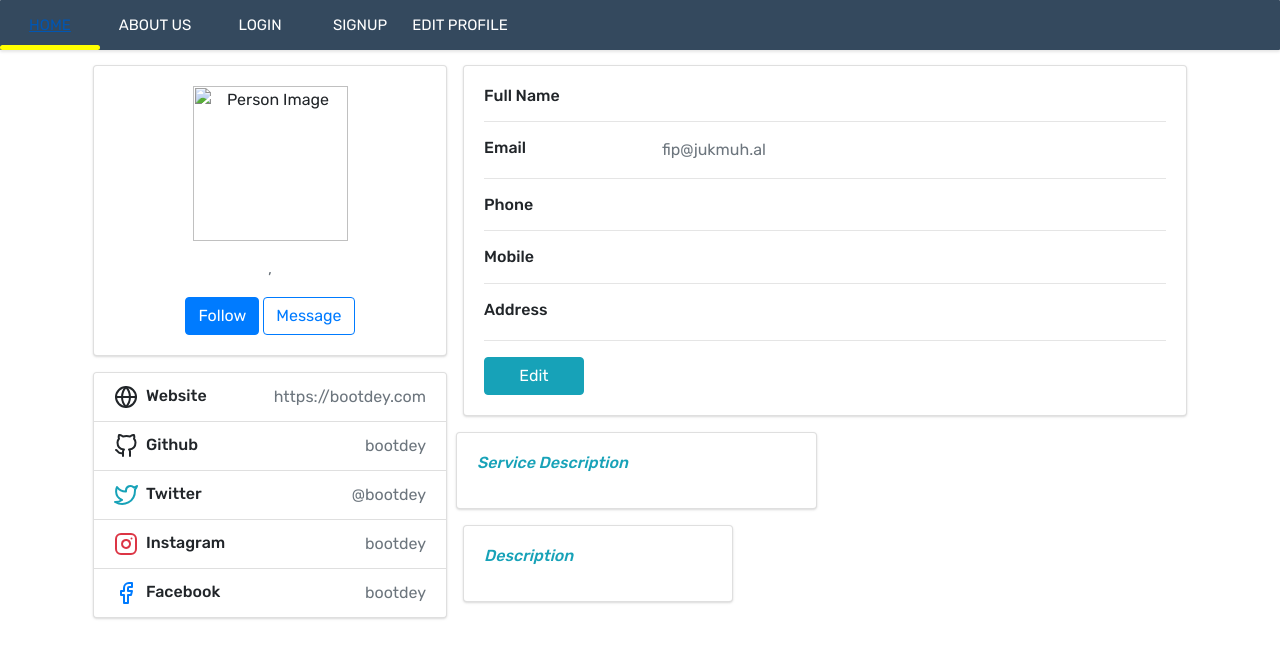
Repository: Chitti-g-k/Paw-Takers
Page: templates/profilepage.html
The author's editor kept a copy of each file at every save. The page is drawn from the files as they stood at one save, then again after the next save.
The browser window is 1280 px wide. The pictures show the whole page.
The template is drawn by Django 4.2. The application's start-up code is not run. Other server files are loaded and not shown. The template is opened directly, without the code that normally fills it, so the values that code supplies are empty.

Above is the page before, as saved 2023-07-16 08:48:53.

### templates/profilepage.html
<html>
    <head>
        <meta name="viewport" content="width=device-width, initial-scale=1.0">
    <title>Profile Page</title>

    <style>
        @import url('https://fonts.googleapis.com/css?family=Rubik:300,400,500&display=swap');
        *{
            margin: 0;
            padding: 0;
            box-sizing: border-box;
            font-family:'Rubik',sans-serif;
        }
        body{
            display: flex;
            justify-content: center;
            align-self:center ;
            min-height: 100vh;
            background:  #808080;
        }

        nav{
        position: fixed; /* Change position to fixed */
        top: 0; /* Position it at the top */
        left: 0; /* Align it to the left */
        width: 100%; /* Make it full width */
        height: 50px;
        background: #34495e;
        border-radius: 1px;
        font-size: 0;
        box-shadow: 0 2px 3px 0 rgba(0,0,0,0.1);
        z-index: 100; /* Add a higher z-index to keep it above other elements */
    }

    /* Rest of the CSS styles remain the same */
    nav a {
        font-size: 15px;
        text-transform: uppercase;
        color: white;
        text-decoration: none;
        line-height: 50px;
        position: relative;
        z-index: 1;
        display: inline-block;
        text-align: center;
    }
    nav .animation {
        position: absolute;
        height: 5px;
        bottom: 0;
        z-index: 0;
        background: yellow;
        transition: all .5s ease 0s;
        border-radius: 8px;
    }
    a:nth-child(1) {
        width: 100px;
    }
    nav .start-home,a:nth-child(1):hover~.animation {
        width: 100px;
        left: 0;
    }
    a:nth-child(2) {
        width: 110px;
    }
    nav .start-about,a:nth-child(2):hover~.animation {
        width: 110px;
        left: 100px;
    }
    a:nth-child(3) {
        width: 100px;
    }
    nav .start-login,a:nth-child(3):hover~.animation {
        width: 100px;
        left: 210px;
    }
    a:nth-child(4) {
        width: 100px;
    }
    nav .start-signup,a:nth-child(4):hover~.animation {
        width: 160px;
        left: 250px;
    }
    a:nth-child(5) {
        width: 100px;
    }
    nav .start-signup,a:nth-child(5):hover~.animation {
        width: 160px;
        left: auto;
        right:0px;
    }

    h3{
        font-weight:300;
    }

    h5{
        font-weight:200;
    }

    </style>
    <link rel="stylesheet" href="https://cdnjs.cloudflare.com/ajax/libs/font-awesome/5.15.3/css/all.min.css" integrity="sha512-VRRNWyOP0SZCGkUFsm9Uf7PvF9ERBzv6JeMQ4oIhl2e9J7e3aOuf7Qf3RQt6AzomTsbqyj0F7I3NzcewDfSaxw==" crossorigin="anonymous" referrerpolicy="no-referrer" />

    </head>


<body>
    <nav>
        <a href="/display">Home</a>
        <a href="/">About Us</a>
        <a href="{% url 'account_login'%}">Login</a>
        <a href="{% url 'account_signup' %}">SignUp</a>
        <a href="{% url 'caretaker:profile-edit' profile.pk %}">Edit Profile</a>


        <div class="animation start-home"></div>

    </nav>
    <br>
    <br>
    <style>
        body{
            margin-top:20px;
            color: #1a202c;
            text-align: left;
            background-color: #e2e8f0;
        }
        .main-body {
            padding: 15px;
        }
        .card {
            box-shadow: 0 1px 3px 0 rgba(0,0,0,.1), 0 1px 2px 0 rgba(0,0,0,.06);
        }

        .card {
            position: relative;
            display: flex;
            flex-direction: column;
            min-width: 0;
            word-wrap: break-word;
            background-color: #fff;
            background-clip: border-box;
            border: 0 solid rgba(0,0,0,.125);
            border-radius: .25rem;
        }
        .container{
            margin-top:50px;
        }
        .card-body {
            flex: 1 1 auto;
            min-height: 1px;
            padding: 1rem;
        }

        .gutters-sm {
            margin-right: -8px;
            margin-left: -8px;
        }

        .gutters-sm>.col, .gutters-sm>[class*=col-] {
            padding-right: 8px;
            padding-left: 8px;
        }
        .mb-3, .my-3 {
            margin-bottom: 1rem!important;
        }

        .bg-gray-300 {
            background-color: #e2e8f0;
        }
        .h-100 {
            height: 100%!important;
        }
        .shadow-none {
            box-shadow: none!important;
        }
        .key-value {
            display: flex;
            justify-content: space-between;
            margin-bottom: 10px;
            font-family: "Helvetica Neue", Arial, sans-serif;
        }

        .key {
            font-weight: bolder;
            font-size: 13px;
            text-transform: uppercase;
            letter-spacing: 1px;
            color: #333;
        }
        .value{
            font-size: 11px;
            font-style: italic;
            color: #666;
        }
    </style>
    <body>
        <link rel="stylesheet" href="https://cdn.jsdelivr.net/npm/bootstrap@4.4.1/dist/css/bootstrap.min.css" integrity="sha384-Vkoo8x4CGsO3+Hhxv8T/Q5PaXtkKtu6ug5TOeNV6gBiFeWPGFN9MuhOf23Q9Ifjh" crossorigin="anonymous">
        <script src="https://code.jquery.com/jquery-3.4.1.slim.min.js" integrity="sha384-J6qa4849blE2+poT4WnyKhv5vZF5SrPo0iEjwBvKU7imGFAV0wwj1yYfoRSJoZ+n" crossorigin="anonymous"></script>
        <script src="https://cdn.jsdelivr.net/npm/popper.js@1.16.0/dist/umd/popper.min.js" integrity="sha384-Q6E9RHvbIyZFJoft+2mJbHaEWldlvI9IOYy5n3zV9zzTtmI3UksdQRVvoxMfooAo" crossorigin="anonymous"></script>
        <script src="https://cdn.jsdelivr.net/npm/bootstrap@4.4.1/dist/js/bootstrap.min.js" integrity="sha384-wfSDF2E50Y2D1uUdj0O3uMBJnjuUD4Ih7YwaYd1iqfktj0Uod8GCExl3Og8ifwB6" crossorigin="anonymous"></script>

        <div class="container">
            <div class="main-body">


                  <div class="row gutters-sm">
                    <div class="col-md-4 mb-3">
                      <div class="card">
                        <div class="card-body">
                          <div class="d-flex flex-column align-items-center text-center">
                            <img src="{{ profile.image.url }}" alt="Person Image" class="image" class="rounded" width="155px">
                            <div class="mt-3">
                                {% if profile.name %}
                        <h5 class="py-4">{{ profile.name }}
                    {% endif %}


                              <p class="text-muted font-size-sm">{{ profile.city }},{{ profile.state }}</p>
                              <button class="btn btn-primary">Follow</button>
                              <button class="btn btn-outline-primary">Message</button>
                            </div>
                          </div>
                        </div>
                      </div>
                      <div class="card mt-3">
                        <ul class="list-group list-group-flush">
                          <li class="list-group-item d-flex justify-content-between align-items-center flex-wrap">
                            <h6 class="mb-0"><svg xmlns="http://www.w3.org/2000/svg" width="24" height="24" viewBox="0 0 24 24" fill="none" stroke="currentColor" stroke-width="2" stroke-linecap="round" stroke-linejoin="round" class="feather feather-globe mr-2 icon-inline"><circle cx="12" cy="12" r="10"></circle><line x1="2" y1="12" x2="22" y2="12"></line><path d="M12 2a15.3 15.3 0 0 1 4 10 15.3 15.3 0 0 1-4 10 15.3 15.3 0 0 1-4-10 15.3 15.3 0 0 1 4-10z"></path></svg>Website</h6>
                            <span class="text-secondary">https://bootdey.com</span>
                          </li>
                          <li class="list-group-item d-flex justify-content-between align-items-center flex-wrap">
                            <h6 class="mb-0"><svg xmlns="http://www.w3.org/2000/svg" width="24" height="24" viewBox="0 0 24 24" fill="none" stroke="currentColor" stroke-width="2" stroke-linecap="round" stroke-linejoin="round" class="feather feather-github mr-2 icon-inline"><path d="M9 19c-5 1.5-5-2.5-7-3m14 6v-3.87a3.37 3.37 0 0 0-.94-2.61c3.14-.35 6.44-1.54 6.44-7A5.44 5.44 0 0 0 20 4.77 5.07 5.07 0 0 0 19.91 1S18.73.65 16 2.48a13.38 13.38 0 0 0-7 0C6.27.65 5.09 1 5.09 1A5.07 5.07 0 0 0 5 4.77a5.44 5.44 0 0 0-1.5 3.78c0 5.42 3.3 6.61 6.44 7A3.37 3.37 0 0 0 9 18.13V22"></path></svg>Github</h6>
                            <span class="text-secondary">bootdey</span>
                          </li>
                          <li class="list-group-item d-flex justify-content-between align-items-center flex-wrap">
                            <h6 class="mb-0"><svg xmlns="http://www.w3.org/2000/svg" width="24" height="24" viewBox="0 0 24 24" fill="none" stroke="currentColor" stroke-width="2" stroke-linecap="round" stroke-linejoin="round" class="feather feather-twitter mr-2 icon-inline text-info"><path d="M23 3a10.9 10.9 0 0 1-3.14 1.53 4.48 4.48 0 0 0-7.86 3v1A10.66 10.66 0 0 1 3 4s-4 9 5 13a11.64 11.64 0 0 1-7 2c9 5 20 0 20-11.5a4.5 4.5 0 0 0-.08-.83A7.72 7.72 0 0 0 23 3z"></path></svg>Twitter</h6>
                            <span class="text-secondary">@bootdey</span>
                          </li>
                          <li class="list-group-item d-flex justify-content-between align-items-center flex-wrap">
                            <h6 class="mb-0"><svg xmlns="http://www.w3.org/2000/svg" width="24" height="24" viewBox="0 0 24 24" fill="none" stroke="currentColor" stroke-width="2" stroke-linecap="round" stroke-linejoin="round" class="feather feather-instagram mr-2 icon-inline text-danger"><rect x="2" y="2" width="20" height="20" rx="5" ry="5"></rect><path d="M16 11.37A4 4 0 1 1 12.63 8 4 4 0 0 1 16 11.37z"></path><line x1="17.5" y1="6.5" x2="17.51" y2="6.5"></line></svg>Instagram</h6>
                            <span class="text-secondary">bootdey</span>
                          </li>
                          <li class="list-group-item d-flex justify-content-between align-items-center flex-wrap">
                            <h6 class="mb-0"><svg xmlns="http://www.w3.org/2000/svg" width="24" height="24" viewBox="0 0 24 24" fill="none" stroke="currentColor" stroke-width="2" stroke-linecap="round" stroke-linejoin="round" class="feather feather-facebook mr-2 icon-inline text-primary"><path d="M18 2h-3a5 5 0 0 0-5 5v3H7v4h3v8h4v-8h3l1-4h-4V7a1 1 0 0 1 1-1h3z"></path></svg>Facebook</h6>
                            <span class="text-secondary">bootdey</span>
                          </li>
                        </ul>
                      </div>
                    </div>
                    <div class="col-md-8">
                      <div class="card mb-3">
                        <div class="card-body">
                          <div class="row">
                            <div class="col-sm-3">
                              <h6 class="mb-0">Full Name</h6>
                            </div>
                            <div class="col-sm-9 text-secondary">
                                {% if profile.name %}
                                {{ profile.name }}
                            {% endif %}
                            </div>
                          </div>
                          <hr>
                          <div class="row">
                            <div class="col-sm-3">
                              <h6 class="mb-0">Email</h6>
                            </div>
                            <div class="col-sm-9 text-secondary">
                              fip@jukmuh.al
                            </div>
                          </div>
                          <hr>
                          <div class="row">
                            <div class="col-sm-3">
                              <h6 class="mb-0">Phone</h6>
                            </div>
                            <div class="col-sm-9 text-secondary">
                                {{ profile.phone_number }}
                            </div>
                          </div>
                          <hr>
                          <div class="row">
                            <div class="col-sm-3">
                              <h6 class="mb-0">Mobile</h6>
                            </div>
                            <div class="col-sm-9 text-secondary">
                                {{ profile.backup_phonenumber }}
                            </div>
                          </div>
                          <hr>
                          <div class="row">
                            <div class="col-sm-3">
                              <h6 class="mb-0">Address</h6>
                            </div>
                            <div class="col-sm-9 text-secondary">
                                {{ profile.first_line }}<br>{{ profile.second_line }}
                            </div>
                          </div>
                          <hr>
                          <div class="row">
                            <div class="col-sm-12">
                              <a class="btn btn-info " target="__blank" href="https://www.bootdey.com/snippets/view/profile-edit-data-and-skills">Edit</a>
                            </div>
                          </div>
                        </div>
                      </div>

                      <div class="row gutters-sm">
                        <div class="col-sm-6 mb-3">
                          <div class="card h-100">
                            <div class="card-body">
                              <h6 class="d-flex align-items-center mb-3"><i class="material-icons text-info mr-2">Service Description</h6>
                              {% for service_description in service_descriptions %}
                              <div class="container-service">
                                <div class="key-value">
                                    <span class="key">{{ service_description.service.name }}</span>
                                    <span class="value">INR{{ service_description.price }}</span>
                                </div>
                            </div>
                            {% endfor %}
                            </div>
                          </div>
                        </div>

                        <div class="col-sm-9 mb-4" style="width: 400px;">
                            <div class="card h-200">
                              <div class="card-body" >
                                <h6 class="d-flex align-items-center mb-3"><i class="material-icons text-info mr-2">Description</i></h6>
                                {{profile.description}}
                              </div>
                            </div>
                          </div>



                    </div>
                  </div>

                </div>
            </div>
    </body>
</html>

After the next save:
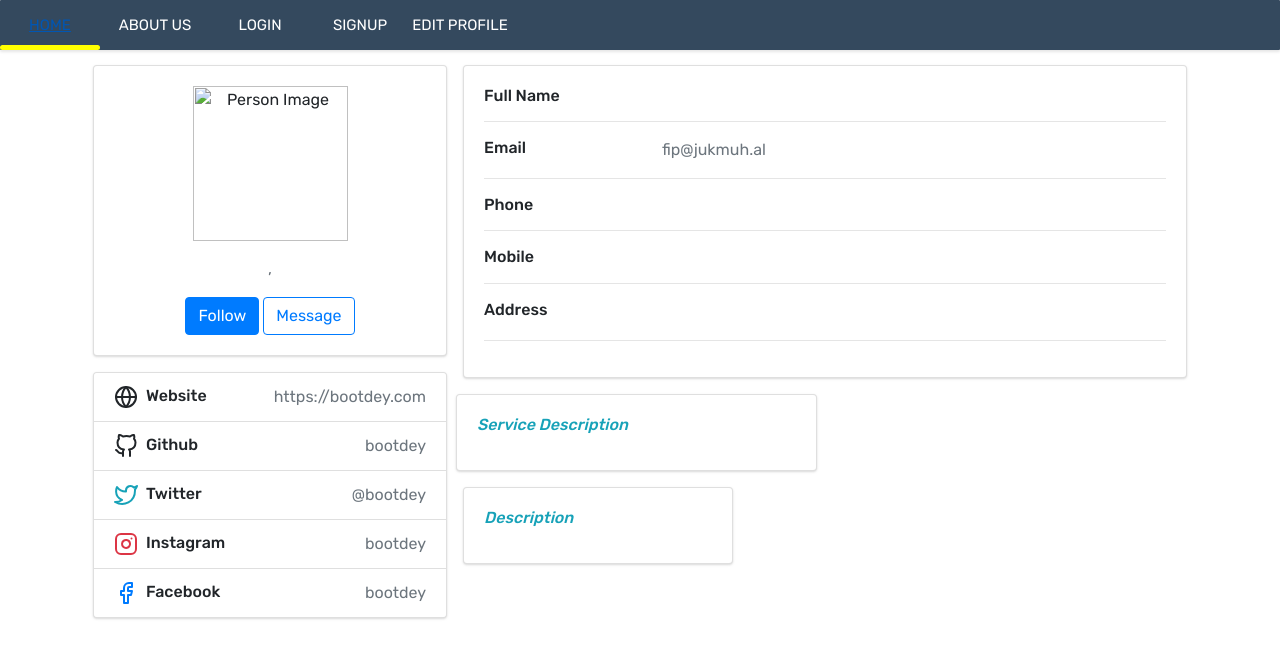
Saved 106 s later.
--- a/templates/profilepage.html
+++ b/templates/profilepage.html
@@ -298,11 +298,7 @@
                             </div>
                           </div>
                           <hr>
-                          <div class="row">
-                            <div class="col-sm-12">
-                              <a class="btn btn-info " target="__blank" href="https://www.bootdey.com/snippets/view/profile-edit-data-and-skills">Edit</a>
-                            </div>
-                          </div>
+
                         </div>
                       </div>
 
